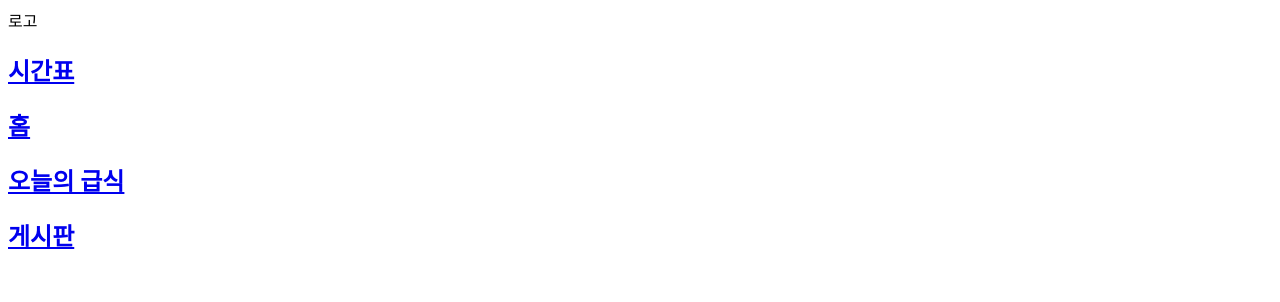
Repository: Schro2109/SchoolCommunity
Page: http://localhost/SchoolCommunity/intro/header.jsp
These files come from the project's save history. The page is drawn as it stood at one moment and after the next save; the edit follows.
The browser window is 1280 px wide. The pictures show the whole page.
The page is served by Tomcat 9.

Above is the page before, as saved 2022-07-01 01:48:31.

After the next save:
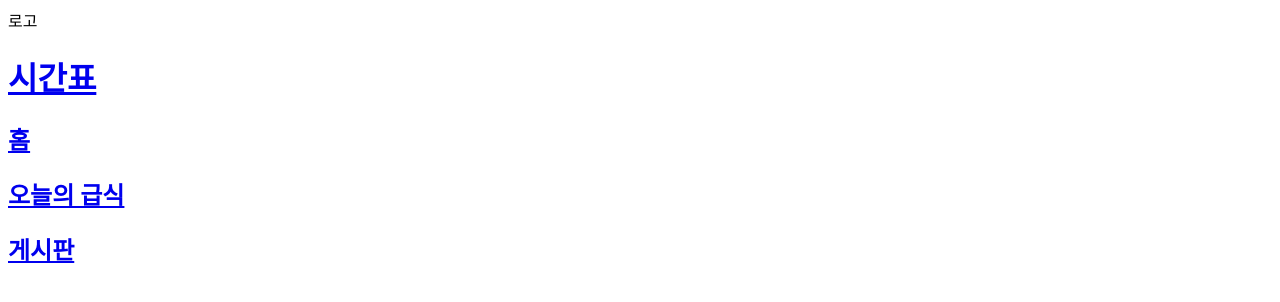
Saved 24 s later.
--- a/SchoolCommunity/SchoolCommunity/WebContent/intro/header.jsp
+++ b/SchoolCommunity/SchoolCommunity/WebContent/intro/header.jsp
@@ -4,7 +4,7 @@
 	<header>
 		<div class="logo">로고</div>
 		<div class="nav">
-			<a href="#none"><h2>시간표</h2></a>
+			<a href="#none"><h1>시간표</h1></a>
 			<a href="home.jsp"><h2>홈</h2></a>
 			<a href="#none"><h2>오늘의 급식</h2></a>
 			<a href="#none"><h2>게시판</h2></a>

After the save that followed:
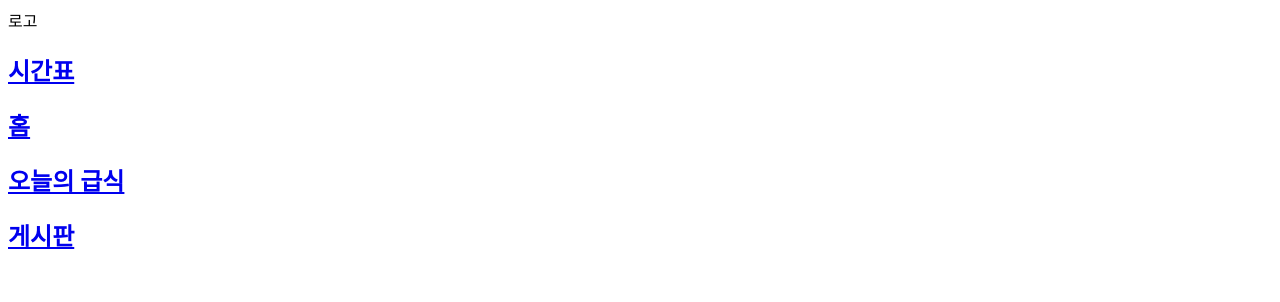
Saved 7 s later.
--- a/SchoolCommunity/SchoolCommunity/WebContent/intro/header.jsp
+++ b/SchoolCommunity/SchoolCommunity/WebContent/intro/header.jsp
@@ -4,7 +4,7 @@
 	<header>
 		<div class="logo">로고</div>
 		<div class="nav">
-			<a href="#none"><h1>시간표</h1></a>
+			<a href="#none"><h2>시간표</h2></a>
 			<a href="home.jsp"><h2>홈</h2></a>
 			<a href="#none"><h2>오늘의 급식</h2></a>
 			<a href="#none"><h2>게시판</h2></a>
